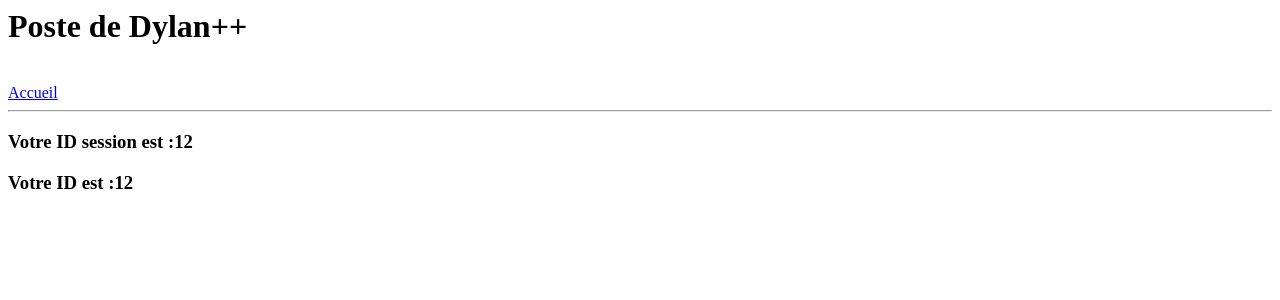
Repository: DylanCahu/cookie
Page: http://localhost/Cookies/connect.php
The author's editor kept a copy of each file at every save. The page is drawn from the files as they stood at one save, then again after the next save.
The browser window is 1280 px wide. The pictures show the whole page.
The page is run by PHP 8.4 with error messages shown; the project is at /var/www/html/.

Above is the page before, as saved 2021-12-13 09:41:22.

After the next save:
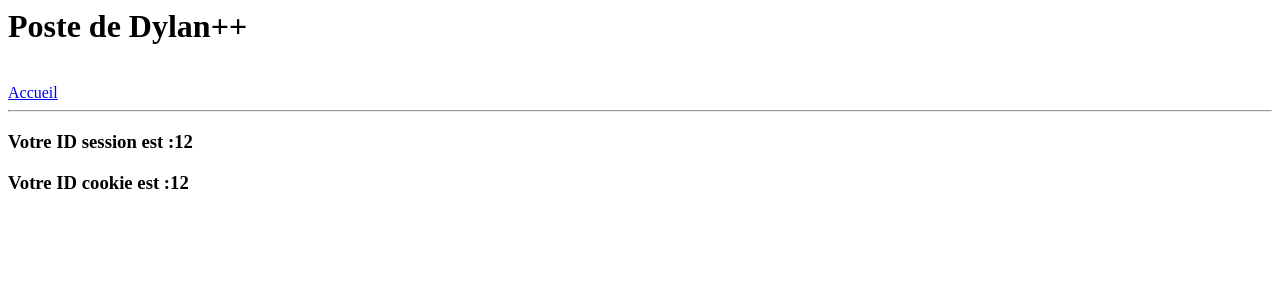
Saved 11 s later.
--- a/connect.php
+++ b/connect.php
@@ -28,10 +28,10 @@ $arr_cookie_options = array (
 $numClient = rand(0, 20);
 
 $_SESSION['numClient']=$numClient;
+echo ("<h3>Votre ID session est :" . $_SESSION['numClient'] . "</h2>");
 
-echo ("<h3>Votre ID session est :" . $_SESSION['numClient'] . "</h2>");
 setcookie("numClient", $numClient, $arr_cookie_options);
-echo ("<h3>Votre ID est :" . $numClient . "</h2>");
+echo ("<h3>Votre ID cookie est :" . $numClient . "</h2>");
 ?>
 
 </body>
